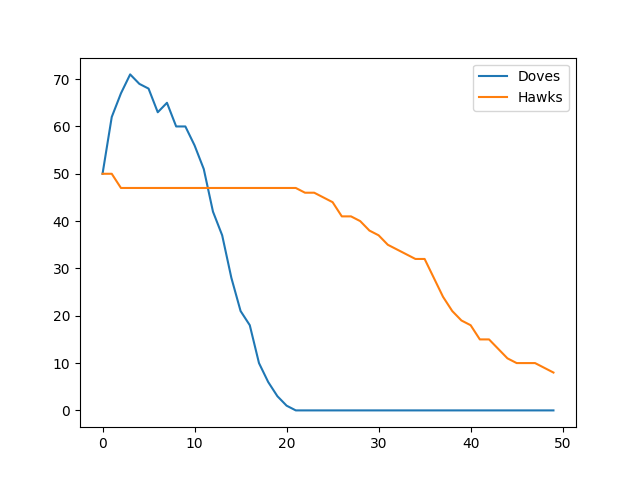
Repository: PatLaCisay/python-hawkdove-master
Script's output: python hawkdove.py
The author's editor kept a copy of each file at every save. The script's output is drawn from the files as they stood at one save, then again after the next save.
Random numbers start from a fixed seed.

Above is the script's output before, as saved 2023-03-07 15:09:06.

After the next save:
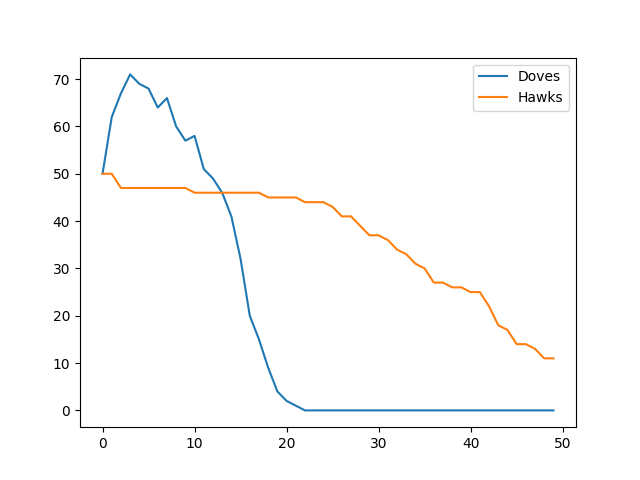
Saved 10 s later.
--- a/hawkdove.py
+++ b/hawkdove.py
@@ -15,7 +15,7 @@ MAX_FOOD_PER_ROUND = 70
 
 ENERGY_REQUIRED_FOR_REPRODUCTION = 40
 ENERGY_LOSS_FROM_FIGHTING = 50
-ENERGY = 2
+ENERGY = 1
 
 ENERGY_REQUIRED_FOR_LIVING = 10
 
